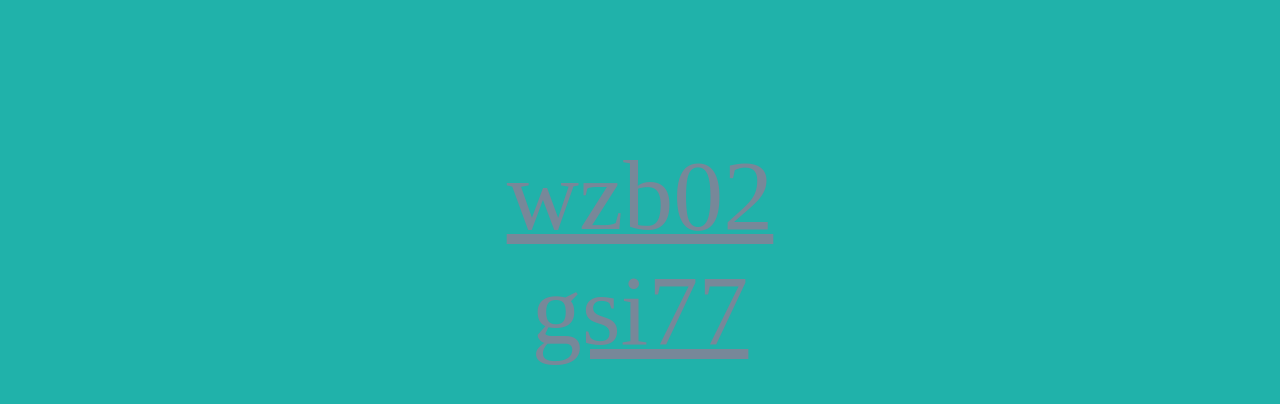
Repository: KHANas02/JS_first-lesson
Page: GIT.html
These files come from the project's save history. The page is drawn as it stood at one moment and after a run of saves; the edit follows.
The browser window is 1280 px wide. The pictures show the whole page.

Above is the page before, as saved 2024-03-23 10:03:16.

After the next 2 saves:
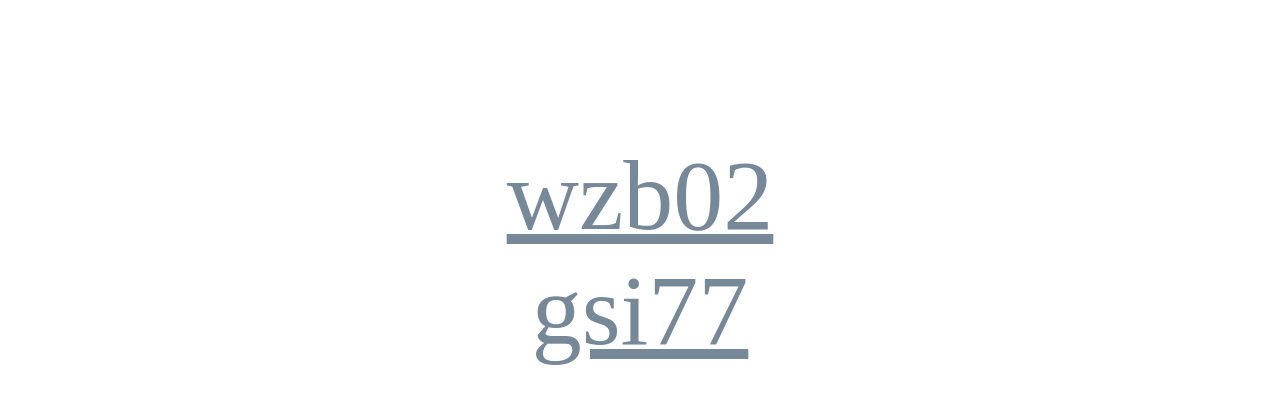
The 2 saves are shown as one change because they came seconds apart.
The last was saved 9 s later.
--- a/GIT.html
+++ b/GIT.html
@@ -7,7 +7,7 @@
     <link rel="stylesheet" href="./index.html" />
     <style>
       body {
-        background-color: lightseagreen;
+        background-image: lightseagreen;
         text-align: center;
         position: relative;
         bottom: 20px;
